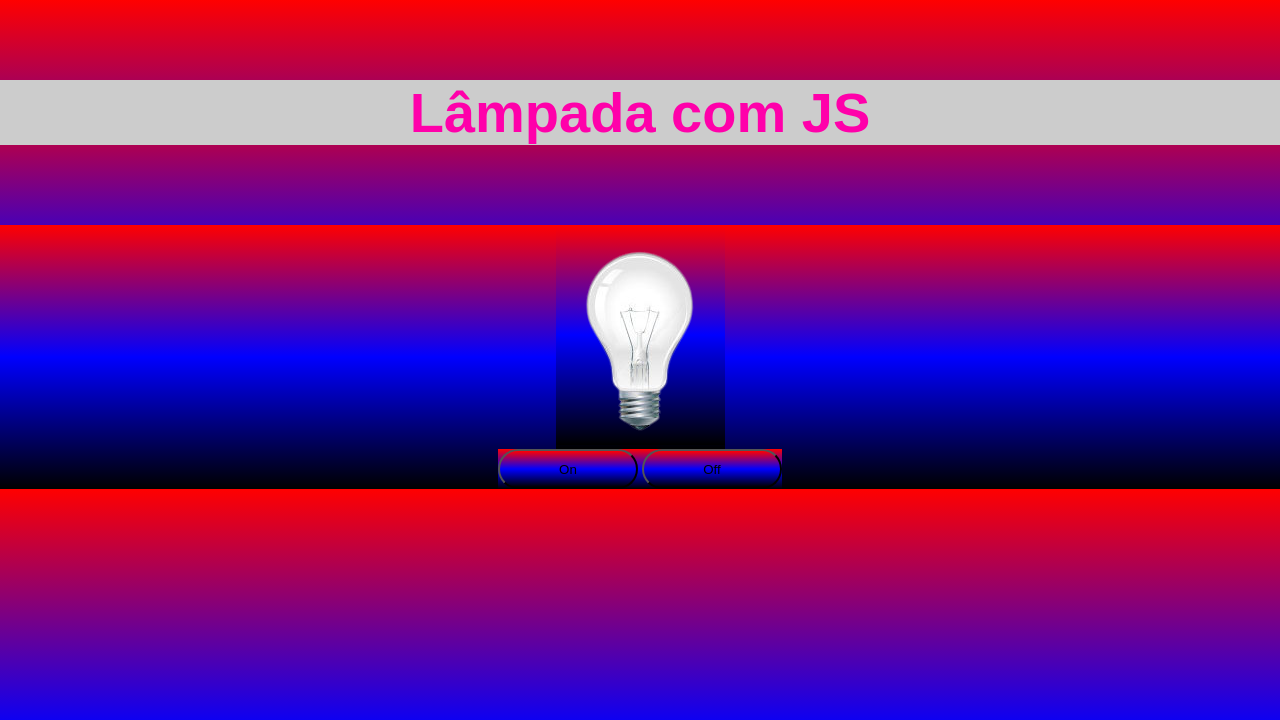
Repository: kahut-gdd/lampadaComJs
Page: index.html
These files come from the project's save history. The page is drawn as it stood at one moment and after a run of saves; the edit follows.
The browser window is 1280 px wide. The pictures show the whole page.

Above is the page before, as saved 2022-06-25 13:04:46.

### index.html
<!DOCTYPE html>
<html lang="pt-br">
<head>
    <meta charset="UTF-8">
    <meta http-equiv="X-UA-Compatible" content="IE=edge">
    <meta name="viewport" content="width=device-width, initial-scale=1.0">
    <title>LampadaComJs</title>
    <style>
        *{
            margin: 0;
            padding: 0;
            background: linear-gradient(red, blue, black);
            align-items: center;
        }
        h1{
            background: #ccc;
            color: rgb(255, 0, 170);
            text-align: center;
            font-size: 3.5rem;
            font-family: sans-serif;
        }
        head, main{
            margin-top: 80px;
            display: flex;
            flex-direction: column;
            align-items: center;
            cursor: pointer;
        }
        button{
            width: 140px;
            height: 40px;
            background-color: rgb(231, 231, 231);
            color: #000;
            cursor: pointer;
            border-radius: 60px;

        }
        #turnOn:hover{
            background: rgb(84, 247, 84);
            color: aliceblue;
            font-size: 1.2rem;
        }
        #turnOff:hover{
            background: rgb(255, 0, 55);
            color: aliceblue;
            font-size: 1.2rem;
        }
    </style>
</head>
<body>
    <header>
        <h1>Lâmpada com JS</h1>
    </header>
    <main>
        <div>
            <img src="./img/desligada.png" alt="Lámpada" id="lamp">
        </div>
        <div>
            <button id="turnOn">On</button>
            <button id="turnOff">Off</button>
        </div>
    </main>


    <script>
        const turnOn = document.getElementById('turnOn');
        const turnOff = document.getElementById('turnOff');
        const lamp = document.getElementById('lamp');

        function isLampBroken(){
            return lamp.src.indexOf('quebrada') > -1;
        }

        function lampOn(){
            if(!isLampBroken()){
            lamp.src = './img/ligada.png';
            }
        }

        function lampOff(){
            if(!isLampBroken()){
            lamp.src = './img/desligada.png';
            }
        }
        function lampBroken(){
            lamp.src = './img/quebrada.png';
        }

        turnOn.addEventListener('click', lampOn);
        turnOff.addEventListener('click', lampOff);
        lamp.addEventListener('mouseover', lampOn);
        lamp.addEventListener('mouseleave', lampOff);
        lamp.addEventListener('dblclick', lampBroken);

    </script>
</body>
</html>

After the next 2 saves:
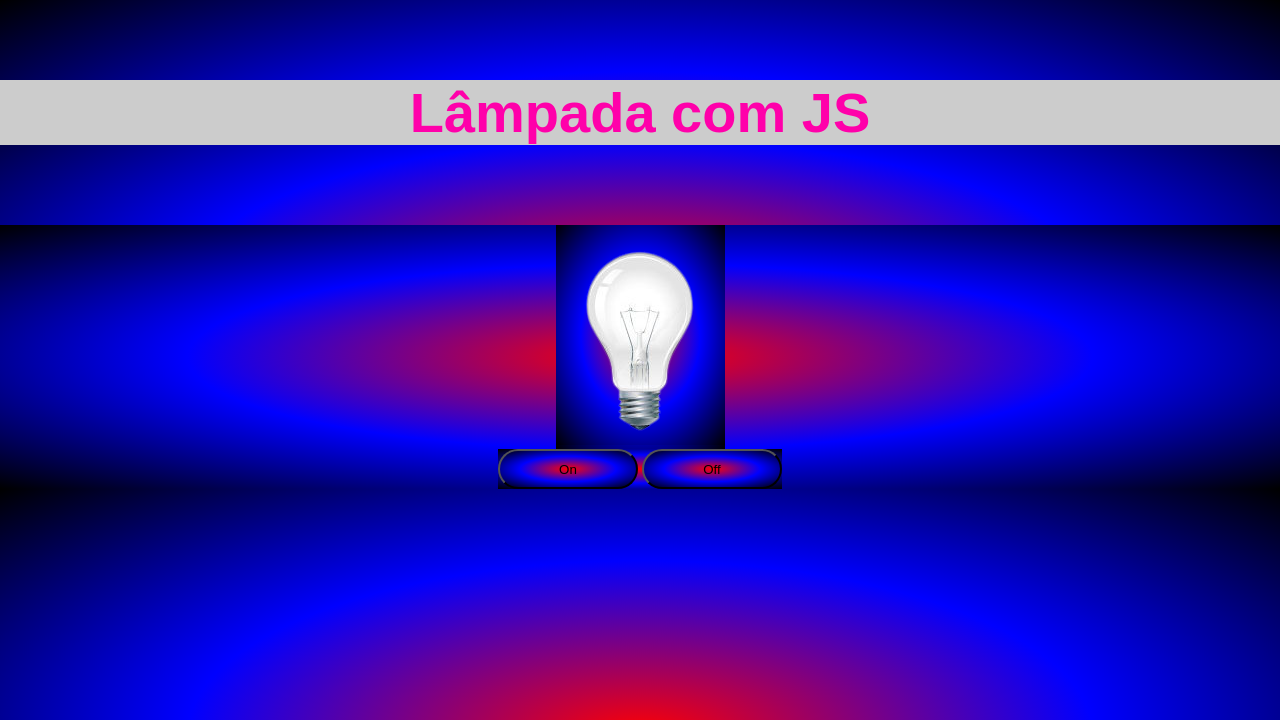
The 2 saves are shown as one change because they came seconds apart.
The last was saved 12 s later.
--- a/index.html
+++ b/index.html
@@ -9,7 +9,7 @@
         *{
             margin: 0;
             padding: 0;
-            background: linear-gradient(red, blue, black);
+            background: radial-gradient(red, blue, black);
             align-items: center;
         }
         h1{
